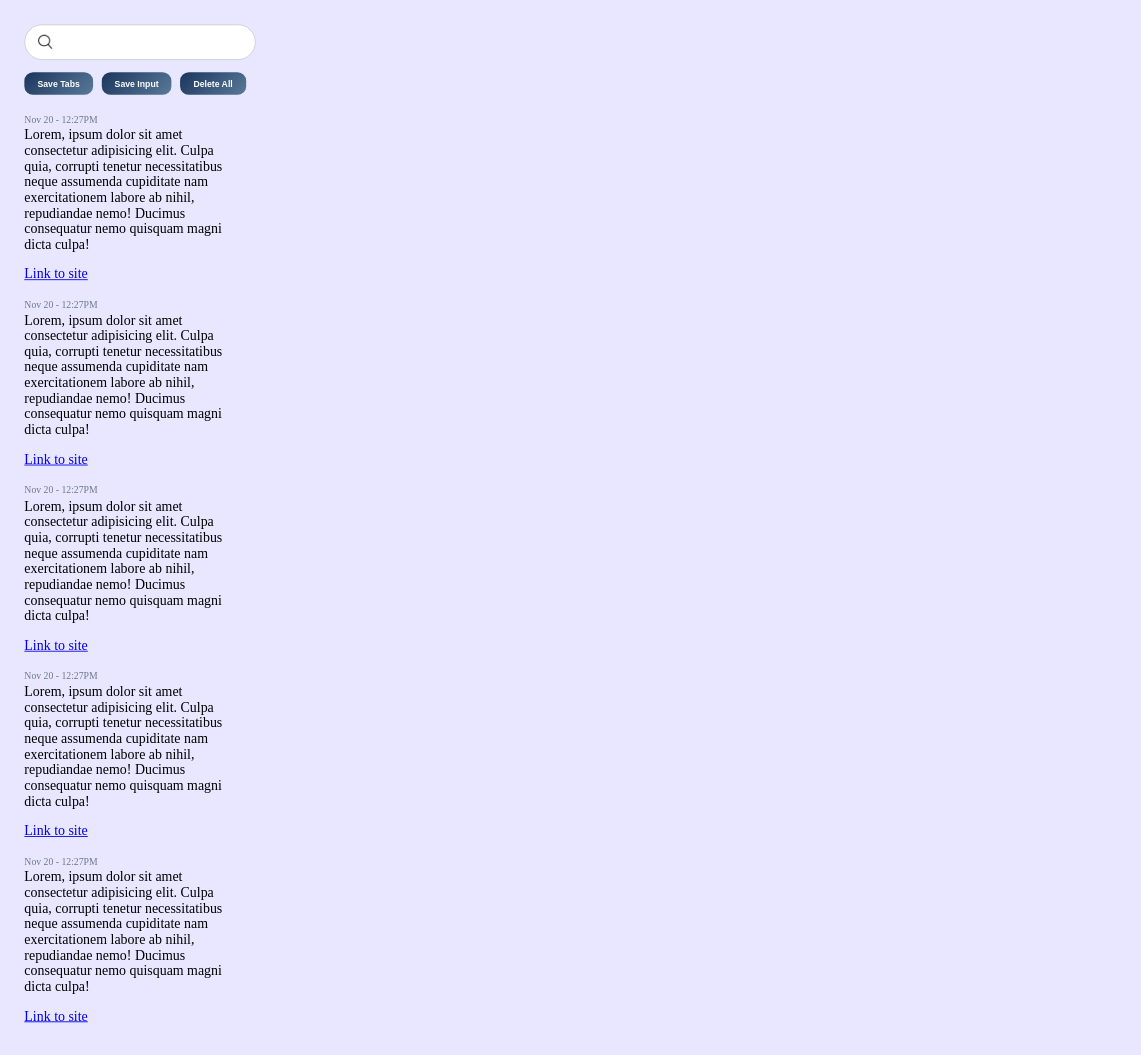
Repository: IdowuMicheal-1/Text-Tab-Organizer
Page: popup.html
These files come from the project's save history. The page is drawn as it stood at one moment and after a run of saves; the edit follows.
The browser window is 1280 px wide. The page is 1280 px wide, then 1312 px, so the pictures cover 1312 px, including what lies to the right of the window. The pictures show the whole page, at 87% of full size.

Above is the page before, as saved 2025-05-14 13:53:18.

After the next 4 saves:
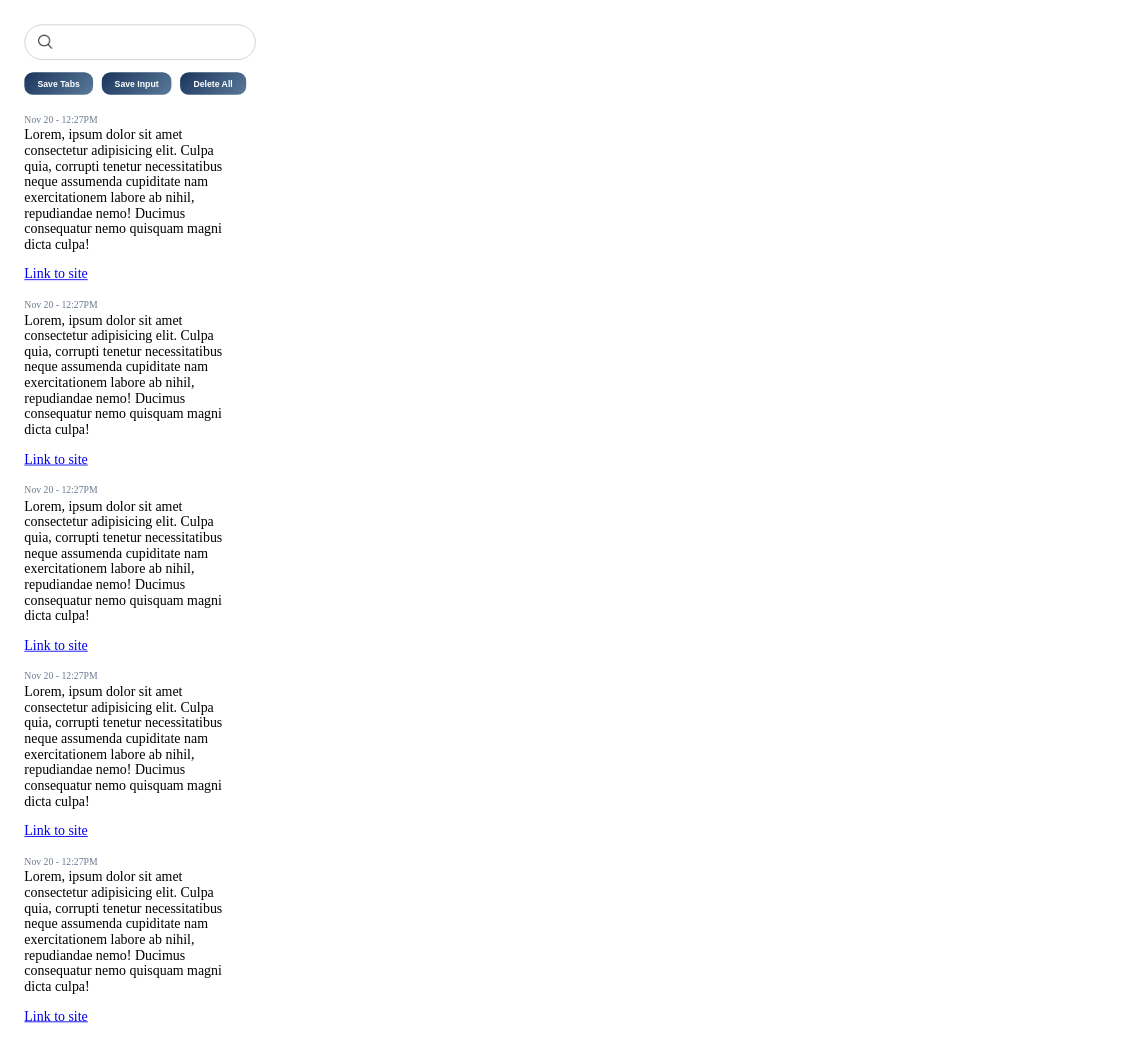
The 4 saves are shown as one change because they came seconds apart.
The last was saved 42 s later.
--- a/popup.css
+++ b/popup.css
@@ -1,3 +1,5 @@
+*,::before,::
+
 body {
   width: 300px;
   height: 100px;
